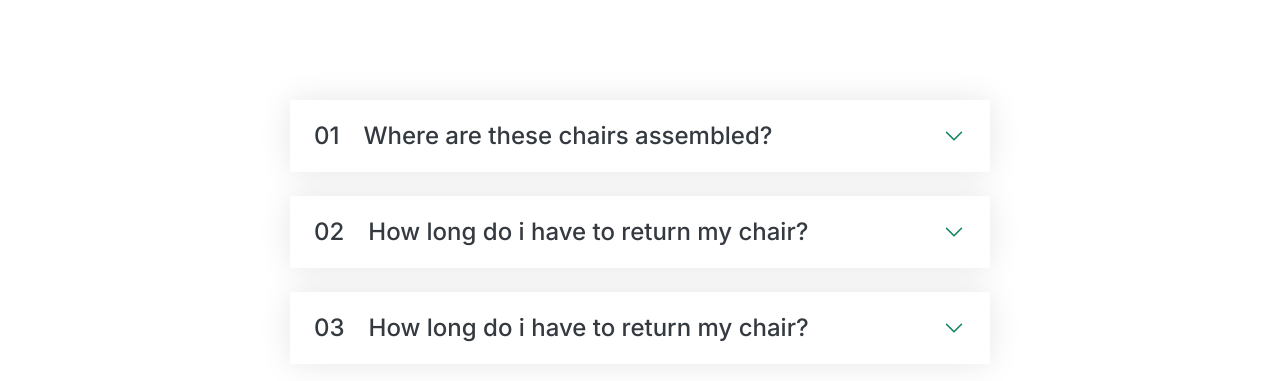
Repository: sunny070/CSS
Page: HTML and CSS some of the important components/index.html
An editor plug-in stored every save of this project. The page is shown before and after a run of saves, followed by the edit.
The browser window is 1280 px wide. The pictures show the whole page.

Above is the page before, as saved 2023-11-13 15:33:06.

After the next 4 saves:
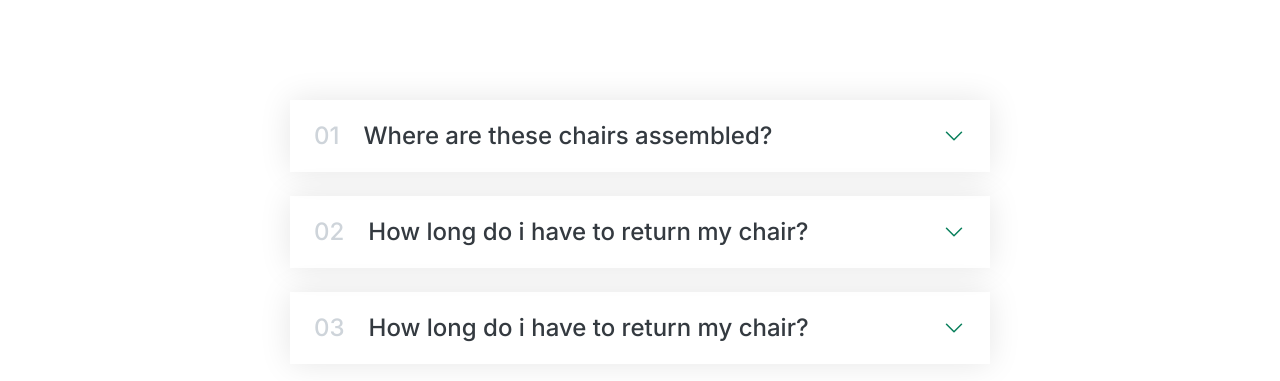
The 4 saves are shown as one change because they came seconds apart.
The last was saved 18 s later.
--- a/HTML and CSS some of the important components/index.html
+++ b/HTML and CSS some of the important components/index.html
@@ -60,7 +60,7 @@
         <!-- color:#087f5b; -->
       }
       .number{
-        color:
+        color:#ced4da;
       }
 
       .icon{
